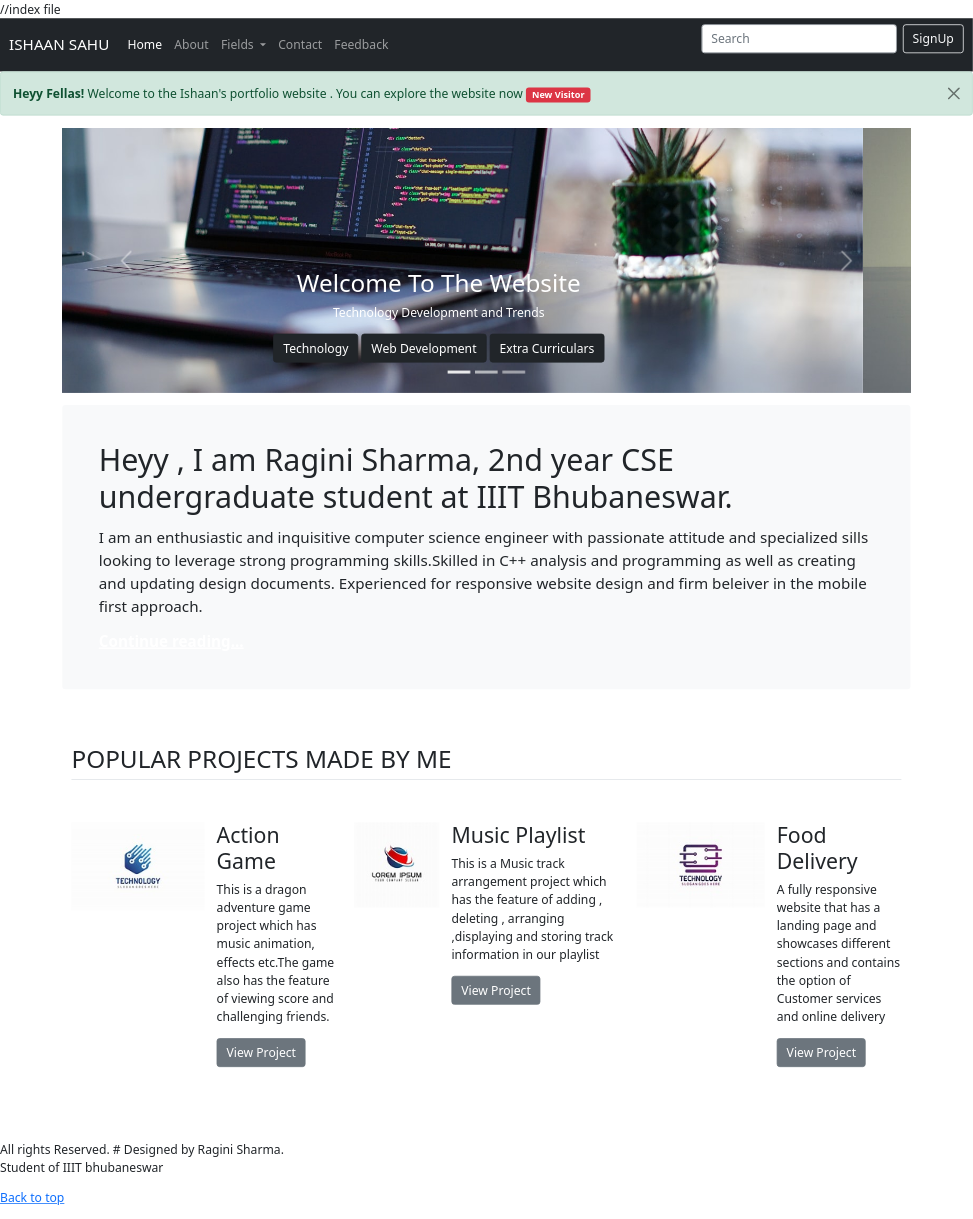
Repository: ishaan51551/Ishaan-s-Portfolio-
Page: index.html
An editor plug-in stored every save of this project. The page is shown before and after a run of saves, followed by the edit.
The browser window is 1280 px wide. The pictures show the whole page, at 76% of full size.

Above is the page before, as saved 2023-09-13 01:20:55.

### index.html

   //index file

</body>
</html>

<!doctype html>
<html lang="en">
  <head>
    <!-- Required meta tags -->
    <meta charset="utf-8">
    <meta name="viewport" content="width=device-width, initial-scale=1">

    <!-- Bootstrap CSS -->
    <link href="https://cdn.jsdelivr.net/npm/bootstrap@5.1.1/dist/css/bootstrap.min.css" rel="stylesheet" integrity="sha384-F3w7mX95PdgyTmZZMECAngseQB83DfGTowi0iMjiWaeVhAn4FJkqJByhZMI3AhiU" crossorigin="anonymous">

    <title>Ishaan Sahu Portfolio</title>
  </head>
  <body>
      <!-- FOR NAVBAR -->
    <nav class="navbar navbar-expand-lg navbar-dark bg-dark">
        <div class="container-fluid">
          <a class="navbar-brand" href="#">ISHAAN SAHU </a>
          <button class="navbar-toggler" type="button" data-bs-toggle="collapse" data-bs-target="#navbarSupportedContent" aria-controls="navbarSupportedContent" aria-expanded="false" aria-label="Toggle navigation">
            <span class="navbar-toggler-icon"></span>
          </button>
          <div class="collapse navbar-collapse" id="navbarSupportedContent">
            <ul class="navbar-nav me-auto mb-2 mb-lg-0">
              <li class="nav-item">
                <a class="nav-link active" aria-current="page" href="#">Home</a>
              </li>
              <li class="nav-item">
                <a class="nav-link" href="/about.html">About</a>
              </li>
              <li class="nav-item dropdown">
                <a class="nav-link dropdown-toggle" href="#" id="navbarDropdown" role="button" data-bs-toggle="dropdown" aria-expanded="false">
                  Fields
                </a>
                <ul class="dropdown-menu" aria-labelledby="navbarDropdown">
                  <li><a class="dropdown-item" href="programming.html">Programming</a></li>
                  <li><a class="dropdown-item" href="webdev.html">Web Devlopment</a></li>
                  <li><hr class="dropdown-divider"></li>
                  <li><a class="dropdown-item" href="extracurricular.html">Extra Curricular</a></li>
                </ul>
              </li>
              <li class="nav-item">
                <a class="nav-link " aria-current="page" href="contact.html">Contact</a>
              </li>

              <li class="nav-item">
                  <a class="nav-link"href="feedback.html">Feedback</a>

              </li>

            </ul>
            <form class="d-flex">
              <input class="form-control me-2" type="search" placeholder="Search" aria-label="Search">
              <button class="btn btn-outline-light" type="submit" data-bs-toggle="modal" data-bs-target="#SignUpModal">SignUp</button>


            </form>
          </div>
        </div>
      </nav>





    <!-- Optional JavaScript; choose one of the two! -->

    <!-- Option 1: Bootstrap Bundle with Popper -->
    <script src="https://cdn.jsdelivr.net/npm/bootstrap@5.1.1/dist/js/bootstrap.bundle.min.js" integrity="sha384-/bQdsTh/da6pkI1MST/rWKFNjaCP5gBSY4sEBT38Q/9RBh9AH40zEOg7Hlq2THRZ" crossorigin="anonymous"></script>

    <!-- Option 2: Separate Popper and Bootstrap JS -->
    <!--
    <script src="https://cdn.jsdelivr.net/npm/@popperjs/core@2.9.3/dist/umd/popper.min.js" integrity="sha384-W8fXfP3gkOKtndU4JGtKDvXbO53Wy8SZCQHczT5FMiiqmQfUpWbYdTil/SxwZgAN" crossorigin="anonymous"></script>
    <script src="https://cdn.jsdelivr.net/npm/bootstrap@5.1.1/dist/js/bootstrap.min.js" integrity="sha384-skAcpIdS7UcVUC05LJ9Dxay8AXcDYfBJqt1CJ85S/CFujBsIzCIv+l9liuYLaMQ/" crossorigin="anonymous"></script>
    -->


   <!-- Button trigger modal -->
 <!-- <button type="button" class="btn btn-primary" data-bs-toggle="modal" data-bs-target="#signUp Modal">
    Launch demo modal
  </button>  -->





      <!-- FOR DISMISSING ALERT  -->
      <div class="alert alert-success alert-dismissible fade show" role="alert">
        <strong>Heyy Fellas!</strong> Welcome to the Ishaan's portfolio website . You can explore the website now <!--for including badge--><span class="badge bg-danger">New Visitor</span>
        <button type="button" class="btn-close" data-bs-dismiss="alert" aria-label="Close"></button>
      </div>


       <!-- FOR BACKGROUND SLIDER PICTURE -->
       <div class="container my-2">
       <div id="carouselExampleCaptions" class="carousel slide carousal-fade" data-bs-ride="carousel">
        <div class="carousel-indicators">
          <button type="button" data-bs-target="#carouselExampleCaptions" data-bs-slide-to="0" class="active" aria-current="true" aria-label="Slide 1"></button>
          <button type="button" data-bs-target="#carouselExampleCaptions" data-bs-slide-to="1" aria-label="Slide 2"></button>
          <button type="button" data-bs-target="#carouselExampleCaptions" data-bs-slide-to="2" aria-label="Slide 3"></button>
        </div>
        <div class="carousel-inner">
          <div class="carousel-item active">
            <img src="2.jpg" class="d-block w-100" alt="...">
            <div class="carousel-caption d-none d-md-block">
              <h2>Welcome To The Website</h2>
              <p>Technology Development and Trends</p>
              <button class="btn btn-dark">Technology</button>
              <button class="btn btn-dark">Web Development</button>
              <button class="btn btn-dark">Extra Curriculars</button>
            </div>
          </div>
          <div class="carousel-item">
            <img src="1.jpg" class="d-block w-100" alt="...">
            <div class="carousel-caption d-none d-md-block">
              <h2>Explore More On The Website</h2>
              <p>Technology Development and Trends</p>
              <button class="btn btn-dark">Programming</button>
              <button class="btn btn-dark">Web Development</button>
              <button class="btn btn-dark">Extra Curriculars</button>
            </div>
          </div>
          <div class="carousel-item">
            <img src="3.jpg" class="d-block w-100" alt="...">
            <div class="carousel-caption d-none d-md-block">
              <h2>Know More About Ishaan</h2>
              <p>Technology Development and Trends</p>
              <button class="btn btn-dark">Technology</button>
              <button class="btn btn-dark">Web Development</button>
              <button class="btn btn-dark">Extra Curriculars</button>
            </div>
          </div>
        </div>
        <button class="carousel-control-prev" type="button" data-bs-target="#carouselExampleCaptions" data-bs-slide="prev">
          <span class="carousel-control-prev-icon" aria-hidden="true"></span>
          <span class="visually-hidden">Previous</span>
        </button>
        <button class="carousel-control-next" type="button" data-bs-target="#carouselExampleCaptions" data-bs-slide="next">
          <span class="carousel-control-next-icon" aria-hidden="true"></span>
          <span class="visually-hidden">Next</span>
        </button>
      </div>
      </div>


      <!-- TEXT WRITTEN -->
      <div class="container my-3 ml-auto mr-auto mx-auto">
        <div class="p-4 p-md-5 mb-4 text-dark rounded bg-light">
            <div class="col-md-0 px-0">
              <h1 class="display-8 ">Heyy , I am Ragini Sharma, 2nd year CSE undergraduate student at IIIT Bhubaneswar.</h1>
              <p class="lead my-3">I am an enthusiastic and inquisitive computer science engineer with passionate attitude and specialized sills looking to leverage strong programming skills.Skilled in C++ analysis and programming as well as creating and updating design documents. Experienced for responsive website design and firm beleiver in the mobile first approach.</p>
              <p class="lead mb-0"><a href="#" class="text-white fw-bold">Continue reading...</a></p>
            </div>
          </div>
      </div>



         <!-- PROJECTS -->

              <div class="container px-4 py-5" id="hanging-icons">
                <h2 class="pb-2 border-bottom"> POPULAR PROJECTS MADE BY ME </h2>
                <div class="row g-4 py-5 row-cols-1 row-cols-lg-3">
                  <div class="col d-flex align-items-start">
                    <div class="icon-square bg-light text-dark flex-shrink-0 me-3">
                        <img src="bg1.jfif" href="#">

                    </div>
                    <div>
                      <h3> Action Game</h3>
                      <p>This is a dragon adventure game project which has music animation, effects etc.The game also has the feature of viewing score and challenging friends.</p>
                        <a href="#" class="btn btn-secondary">
                          View Project
                        </a>
                      </div>
                    </div>
                    <div class="col d-flex align-items-start">
                      <div class="icon-square bg-light text-dark flex-shrink-0 me-3">
                        <img src="bg3.jfif" href="#">
                    </div>
                    <div>
                      <h3>Music Playlist</h3>
                      <p>This is a Music track arrangement project which has the feature of adding , deleting , arranging ,displaying and storing track information in our playlist</p>
                      <a href="https://github.com/Ragini-sharma21/Music-Track-Arrangement-Project" class="btn btn-secondary">
                        View Project
                      </a>
                    </div>
                  </div>
                  <div class="col d-flex align-items-start">
                    <div class="icon-square bg-light text-dark flex-shrink-0 me-3">
                        <img src="bg4.jfif" href="#">
                    </div>
                    <div>
                      <h3>Food Delivery</h3>
                      <p>A fully responsive website that has a landing page and showcases different sections and contains the option of Customer services and online delivery </p>
                        <a href="https://ragini-sharma21.github.io/online-food-delivery-website/" class="btn btn-secondary">
                          View Project
                        </a>
                      </div>
                    </div>
                  </div>
                </div>
              </div>

       <!-- FOOTER -->
              <footer class="blog-footer">
                <p>All rights Reserved.  # Designed by Ragini Sharma.</br>
                Student of IIIT bhubaneswar</p>
                <p>
                  <a href="#">Back to top</a>
                </p>
              </footer>
</body>
</html>

After the next 3 saves:
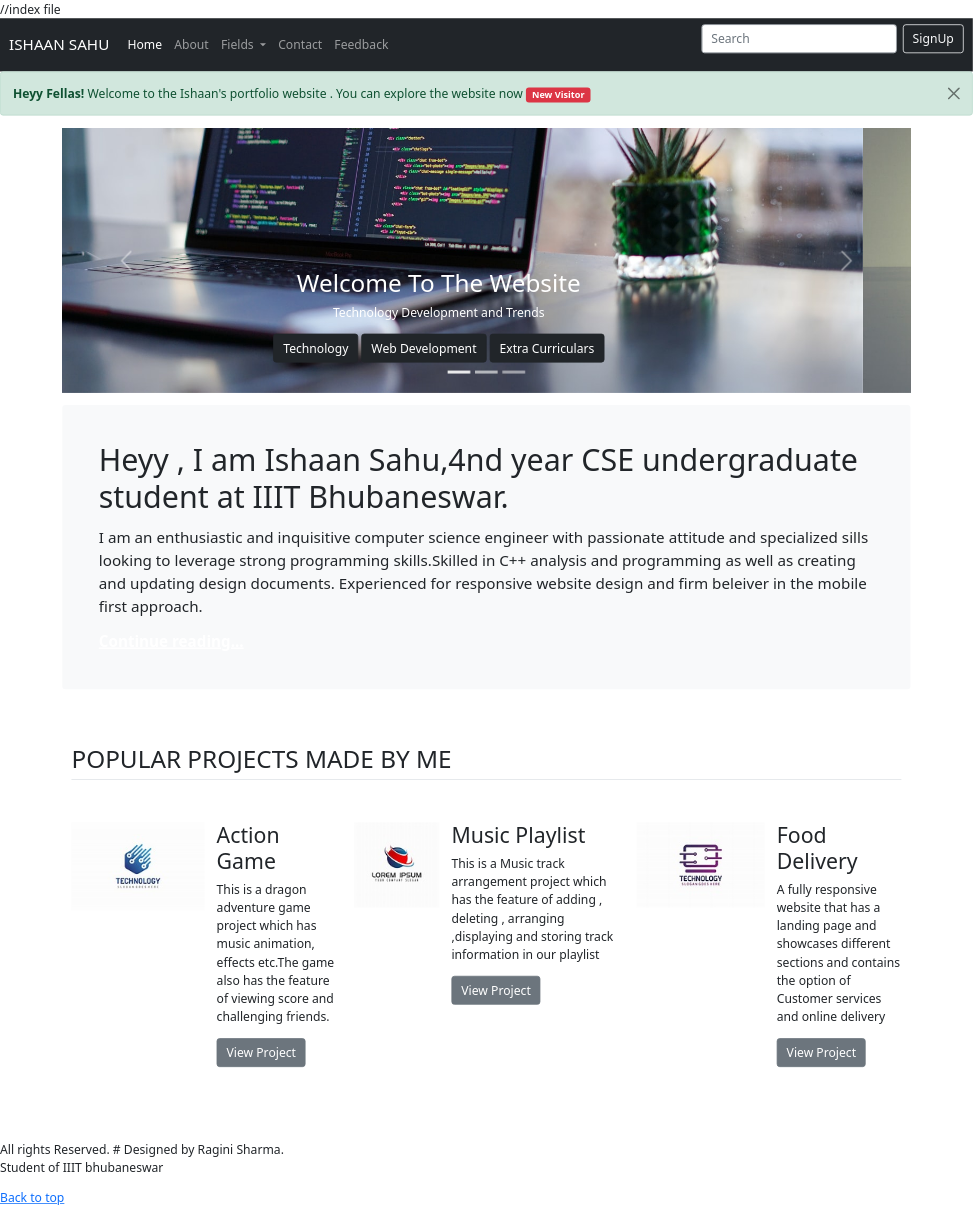
The 3 saves are shown as one change because they came seconds apart.
The last was saved 18 s later.
--- a/index.html
+++ b/index.html
@@ -151,7 +151,7 @@
       <div class="container my-3 ml-auto mr-auto mx-auto">
         <div class="p-4 p-md-5 mb-4 text-dark rounded bg-light">
             <div class="col-md-0 px-0">
-              <h1 class="display-8 ">Heyy , I am Ragini Sharma, 2nd year CSE undergraduate student at IIIT Bhubaneswar.</h1>
+              <h1 class="display-8 ">Heyy , I am Ishaan Sahu,4nd year CSE undergraduate student at IIIT Bhubaneswar.</h1>
               <p class="lead my-3">I am an enthusiastic and inquisitive computer science engineer with passionate attitude and specialized sills looking to leverage strong programming skills.Skilled in C++ analysis and programming as well as creating and updating design documents. Experienced for responsive website design and firm beleiver in the mobile first approach.</p>
               <p class="lead mb-0"><a href="#" class="text-white fw-bold">Continue reading...</a></p>
             </div>
